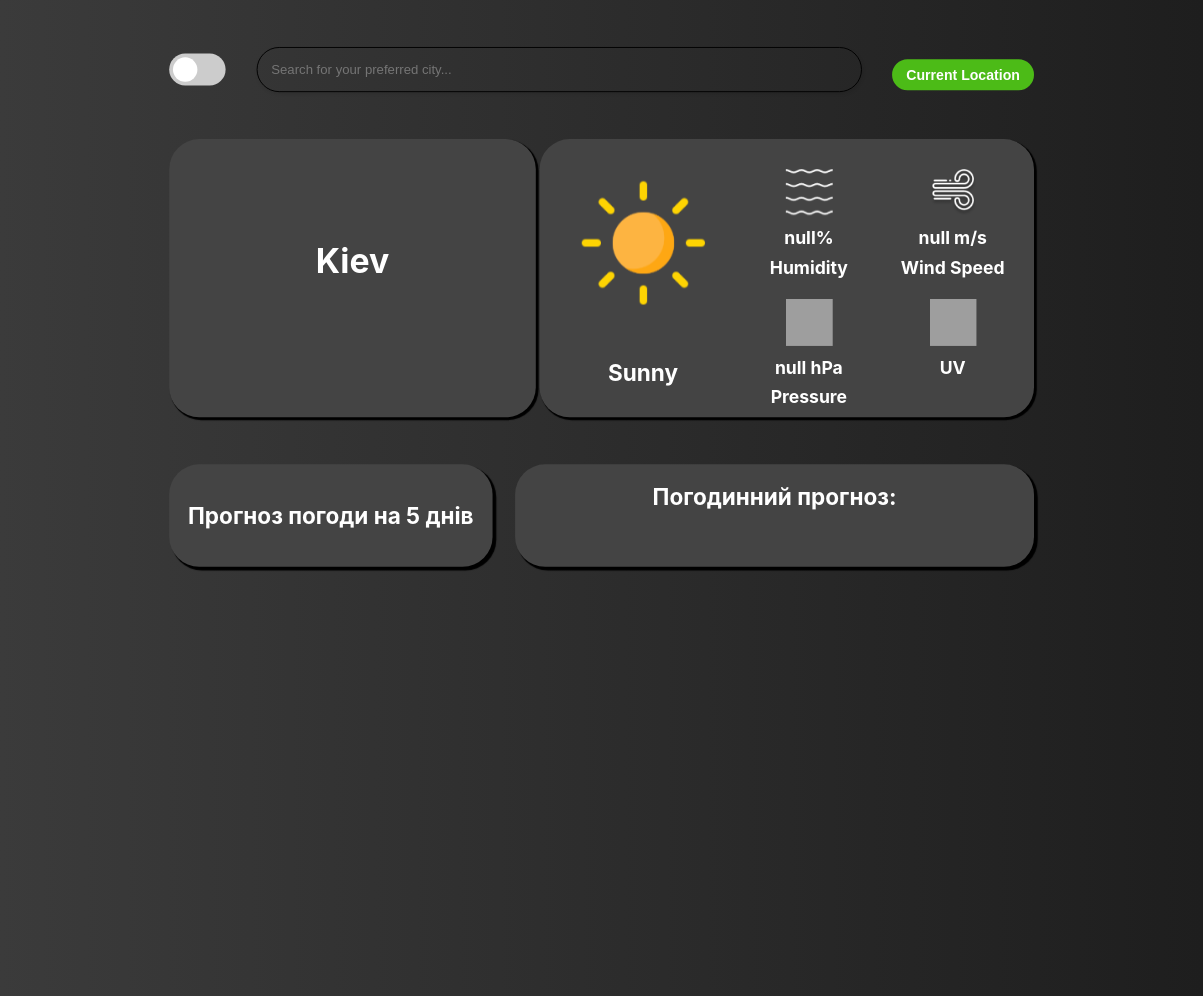
Repository: valeriibb/WeatherAPP
Page: /
These files come from the project's save history. The page is drawn as it stood at one moment and after the next save; the edit follows.
The browser window is 1280 px wide. The pictures show the whole page, at 94% of full size.
Pictures or frames that could not be fetched are drawn as grey boxes. The page's requests for data from a server got no answer. Some web fonts or font styles are not loaded; a fallback is used. The project was rebuilt for these pictures with package versions that can differ from the ones it lists, and the page was loaded fresh each time. No one was signed in, and anything a server would have sent is missing.

Above is the page before, as saved 2024-03-10 19:29:42.

After the next save:
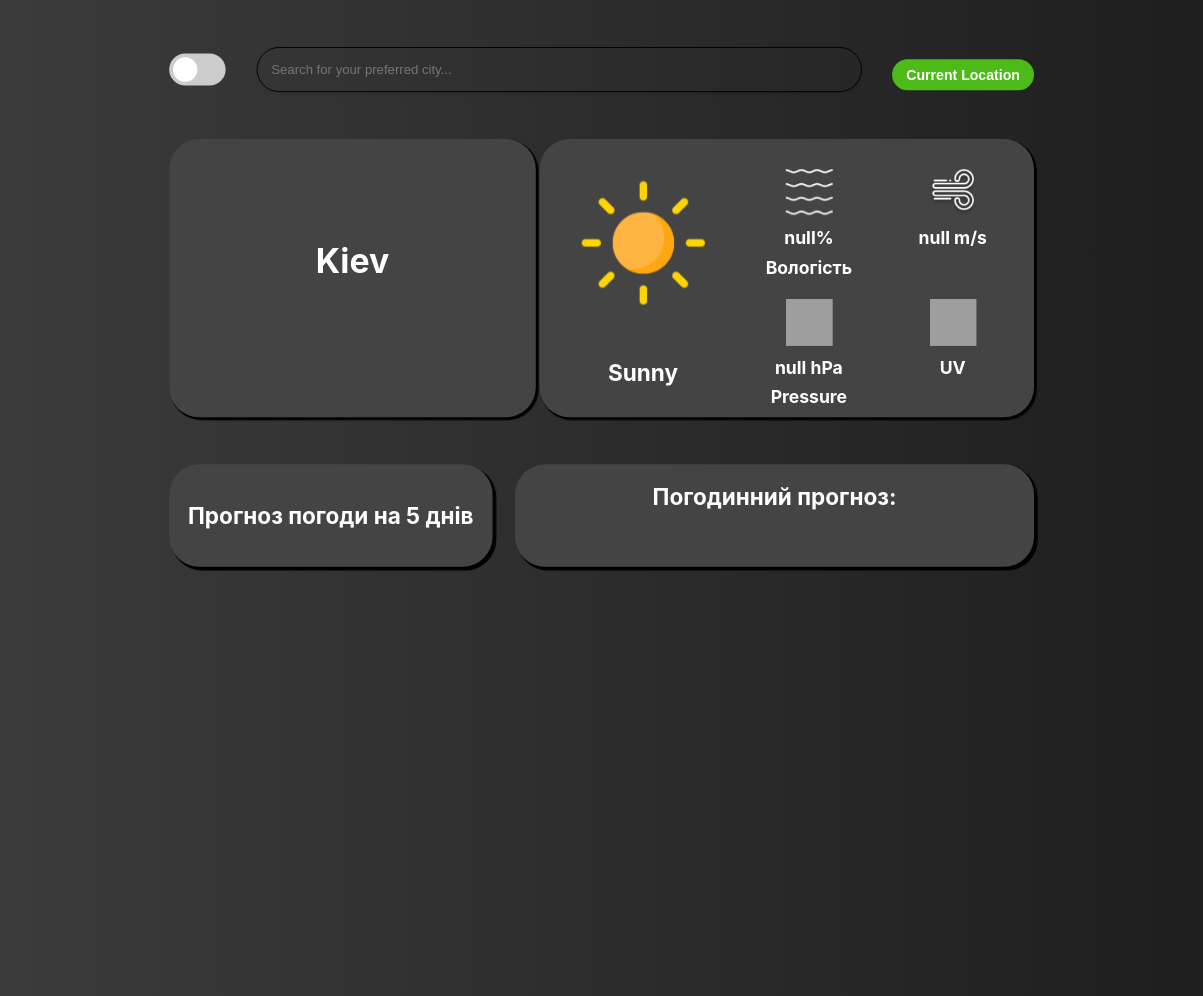
Saved 20 s later.
--- a/src/components/weatherdata.js
+++ b/src/components/weatherdata.js
@@ -63,8 +63,8 @@ export default function Weatherdata(props) {
                 <h2>Sunny</h2>
             </div>
             <div className="Air_Conditions">
-            <AtmItems img='humidity 1.png' data={`${weatherData && weatherData.main.humidity}%`} text='Humidity' />
-            <AtmItems img='wind 1.png' data={`${weatherData && weatherData.wind.speed} m/s`} text='Wind Speed' />
+            <AtmItems img='humidity 1.png' data={`${weatherData && weatherData.main.humidity}%`} text='Вологість' />
+            <AtmItems img='wind 1.png' data={`${weatherData && weatherData.wind.speed} m/s`} text='' />
             <AtmItems img='pressure-white 1.png' data={`${weatherData && weatherData.main.pressure} hPa`} text='Pressure' />
             <AtmItems img='uv-white 1.png' data={weatherData && weatherData.main.value} text='UV' />
 
